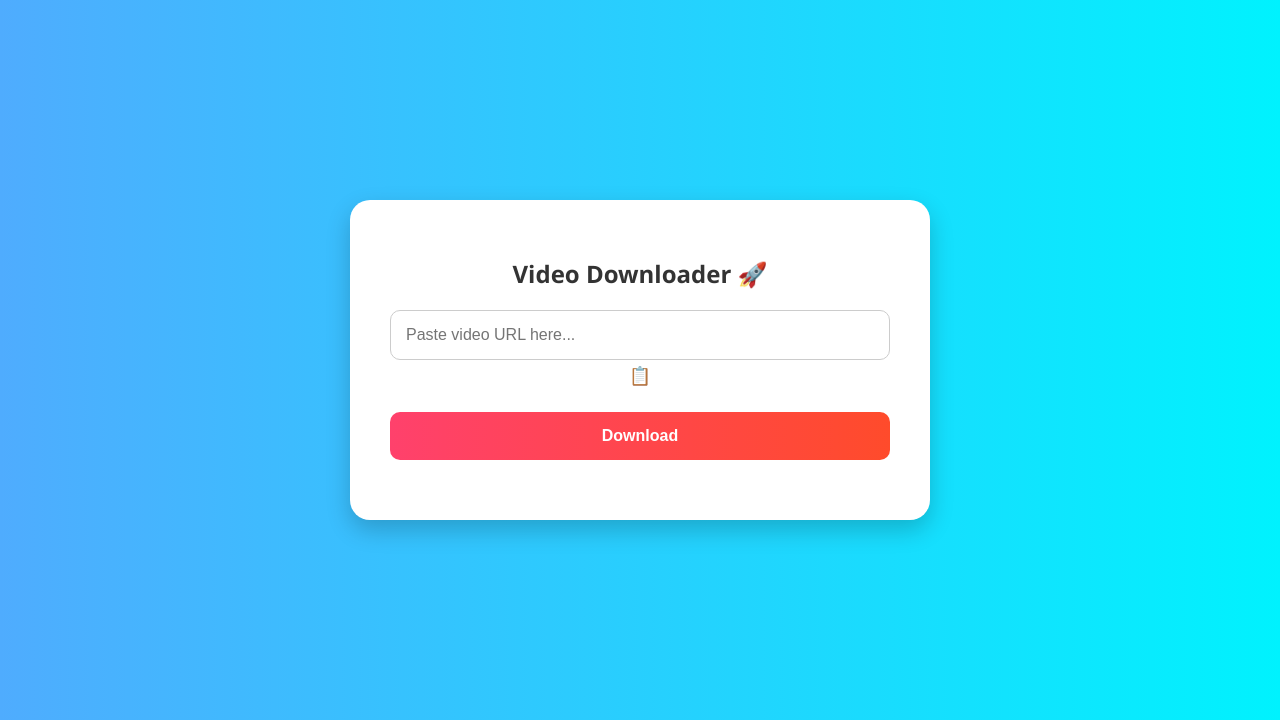
Repository: NETFORYJ/twitter-video-downloader
Page: TwitterVideoDownloader/src/main/resources/static/index.html
An editor plug-in stored every save of this project. The page is shown before and after the next save, followed by the edit.
The browser window is 1280 px wide. The pictures show the whole page.

Above is the page before, as saved 2025-05-03 12:44:49.

### TwitterVideoDownloader/src/main/resources/static/index.html
<!DOCTYPE html>
<html lang="en">
<head>
  <meta charset="UTF-8" />
  <meta name="viewport" content="width=device-width, initial-scale=1.0"/>
  <title>Video Downloader</title>
  <style>
    body {
      margin: 0;
      padding: 0;
      font-family: 'Segoe UI', Tahoma, Geneva, Verdana, sans-serif;
      background: linear-gradient(to right, #4facfe, #00f2fe);
      min-height: 100vh;
      display: flex;
      justify-content: center;
      align-items: center;
    }

    .container {
      background-color: white;
      padding: 40px;
      border-radius: 20px;
      box-shadow: 0 10px 25px rgba(0, 0, 0, 0.2);
      width: 90%;
      max-width: 500px;
      text-align: center;
    }

    h1 {
      margin-bottom: 20px;
      color: #333;
      font-size: 24px;
    }

    .input-wrapper {
      position: relative;
      width: 100%;
      margin-bottom: 20px;
    }
.input-wrapper input {
  width: 100%;
  padding: 15px 45px 15px 15px; /* reduced right padding */
  font-size: 16px;
  border: 1px solid #ccc;
  border-radius: 10px;
  box-sizing: border-box; /* ensures padding doesn't add extra width */
}

.input-wrapper button {
  right: 12px; /* adjusted from 10px */
  padding: 5px;
  background: transparent;
  border: none;
  font-size: 18px;
  cursor: pointer;
}


    button[type="submit"] {
      padding: 15px;
      width: 100%;
      background: linear-gradient(to right, #ff416c, #ff4b2b);
      color: white;
      font-size: 16px;
      font-weight: bold;
      border: none;
      border-radius: 10px;
      cursor: pointer;
      transition: 0.3s ease;
    }

    button[type="submit"]:hover {
      background: linear-gradient(to right, #ff4b2b, #ff416c);
    }

    #thumbnail {
      display: none;
      width: 100%;
      margin-top: 20px;
      border-radius: 12px;
      box-shadow: 0 5px 10px rgba(0,0,0,0.1);
    }

    #progress-container {
      width: 100%;
      background-color: #e0e0e0;
      border-radius: 10px;
      overflow: hidden;
      margin-top: 20px;
      display: none;
    }

    #progress-bar {
      width: 0%;
      height: 10px;
      background-color: #4caf50;
      transition: width 0.4s ease;
    }

    #result {
      margin-top: 20px;
      font-weight: bold;
    }

    #downloadLink {
      display: none;
      margin-top: 20px;
      padding: 15px;
      background-color: #28a745;
      color: white;
      border-radius: 10px;
      text-decoration: none;
      font-weight: bold;
      transition: background 0.3s ease;
    }

    #downloadLink:hover {
      background-color: #218838;
    }
  </style>
</head>
<body>

  <div class="container">
    <h1>Video Downloader 🚀</h1>
    <form id="downloadForm">
    <div class="input-wrapper">
  <input type="text" id="videoUrl" placeholder="Paste video URL here..." required>
  <button type="button" id="actionBtn">📋</button>
</div>

      <button type="submit">Download</button>
    </form>
    <img id="thumbnail" src="" alt="Thumbnail Preview">
    <p id="result"></p>
    <div id="progress-container">
      <div id="progress-bar"></div>
    </div>
    <a id="downloadLink" href="#" download>📥 Download Video</a>
  </div>

  <script>
    const input = document.getElementById("videoUrl");
    const actionBtn = document.getElementById("actionBtn");
    const form = document.getElementById("downloadForm");

    // Basic URL pattern (client-side validation)
    function isValidUrl(url) {
      const pattern = /^(https?:\/\/)?(www\.)?[\w\-]+\.[\w]{2,}.*$/i;
      return pattern.test(url);
    }

    input.addEventListener("input", () => {
      const videoUrl = input.value.trim();
      const thumbnail = document.getElementById("thumbnail");
      const result = document.getElementById("result");

      if (!videoUrl) {
        thumbnail.style.display = "none";
        actionBtn.textContent = "📋";
        result.innerText = "";
        return;
      }

      actionBtn.textContent = "❌";

      if (!isValidUrl(videoUrl)) {
        result.innerText = "❌ Invalid URL format!";
        result.style.color = "red";
        thumbnail.style.display = "none";
        return;
      }

      result.innerText = "";

      fetch(`/api/thumbnail?videoUrl=${encodeURIComponent(videoUrl)}`)
        .then((res) => res.json())
        .then((data) => {
          if (data.thumbnail) {
            thumbnail.src = data.thumbnail;
            thumbnail.style.display = "block";
          } else {
            thumbnail.style.display = "none";
          }
        })
        .catch((error) => {
          console.error("Thumbnail error:", error);
          thumbnail.style.display = "none";
        });
    });

    actionBtn.addEventListener("click", async () => {
      if (input.value.trim()) {
        input.value = "";
        actionBtn.textContent = "📋";
        input.dispatchEvent(new Event("input"));
      } else {
        try {
          const text = await navigator.clipboard.readText();
          input.value = text;
          actionBtn.textContent = "❌";
          input.dispatchEvent(new Event("input"));
        } catch (err) {
          console.error("Clipboard access failed", err);
        }
      }
    });

    form.addEventListener("submit", async function (e) {
      e.preventDefault();
      const videoUrl = input.value.trim();
      const progressBar = document.getElementById("progress-bar");
      const progressContainer = document.getElementById("progress-container");
      const result = document.getElementById("result");
      const downloadLink = document.getElementById("downloadLink");

      result.innerText = "";
      progressContainer.style.display = "block";
      progressBar.style.width = "0%";
      downloadLink.style.display = "none";

      if (!isValidUrl(videoUrl)) {
        result.innerText = "❌ Invalid URL. Please enter a correct one.";
        result.style.color = "red";
        return;
      }

      try {
        const response = await fetch('/api/download', {
          method: 'POST',
          headers: { 'Content-Type': 'application/x-www-form-urlencoded' },
          body: new URLSearchParams({ videoUrl })
        });

        if (!response.ok) throw new Error(await response.text());

        const blob = await response.blob();
        const fileUrl = window.URL.createObjectURL(blob);

        result.innerText = "✅ Video ready for download!";
        result.style.color = "green";
        downloadLink.href = fileUrl;
        downloadLink.download = "video.mp4";
        downloadLink.style.display = "inline-block";
      } catch (error) {
        console.error("Download error:", error);
        result.innerText = "❌ Error downloading video. Try again!";
        result.style.color = "red";
      }
    });
  </script>

</body>
</html>

After the next save:
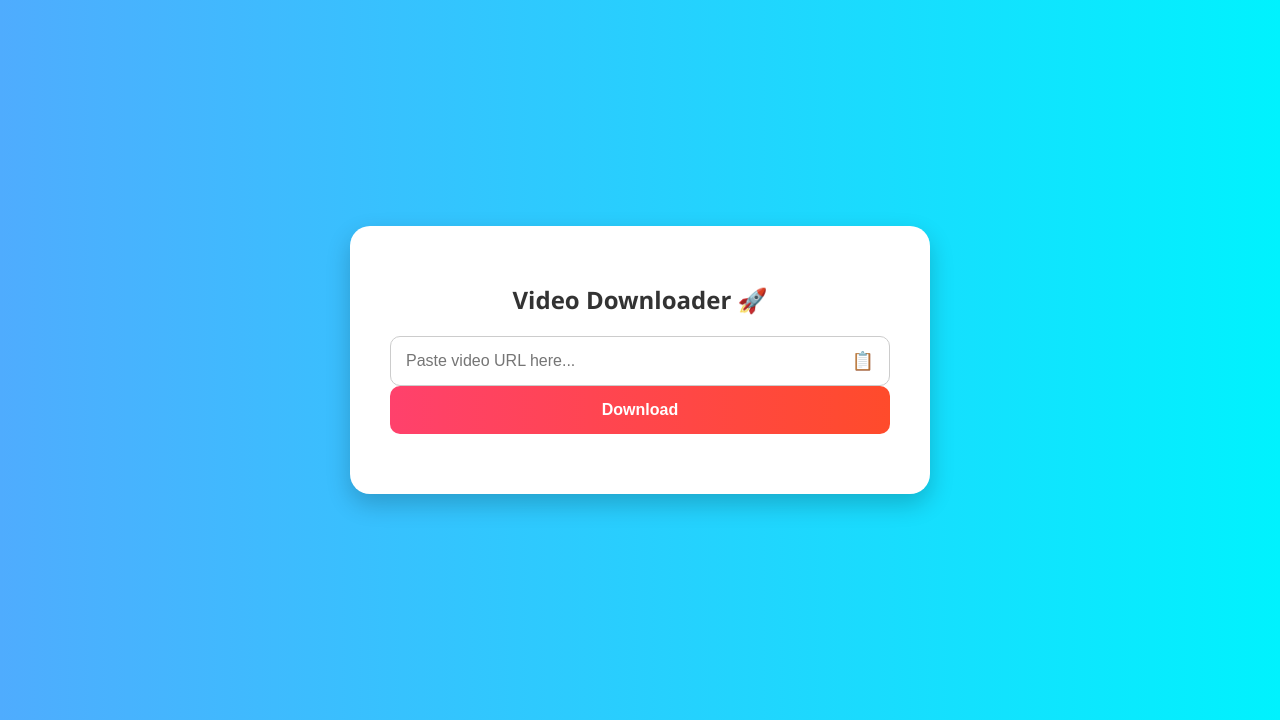
Saved 30 s later.
--- a/TwitterVideoDownloader/src/main/resources/static/index.html
+++ b/TwitterVideoDownloader/src/main/resources/static/index.html
@@ -33,27 +33,30 @@
     }
 
     .input-wrapper {
-      position: relative;
-      width: 100%;
-      margin-bottom: 20px;
-    }
+  position: relative;
+  width: 100%;
+}
+
 .input-wrapper input {
   width: 100%;
-  padding: 15px 45px 15px 15px; /* reduced right padding */
+  padding: 15px 40px 15px 15px; /* space for button */
   font-size: 16px;
   border: 1px solid #ccc;
   border-radius: 10px;
-  box-sizing: border-box; /* ensures padding doesn't add extra width */
+  box-sizing: border-box;
 }
 
 .input-wrapper button {
-  right: 12px; /* adjusted from 10px */
-  padding: 5px;
+  position: absolute;
+  top: 50%;
+  right: 10px;
+  transform: translateY(-50%);
+  border: none;
   background: transparent;
-  border: none;
   font-size: 18px;
   cursor: pointer;
 }
+
 
 
     button[type="submit"] {
